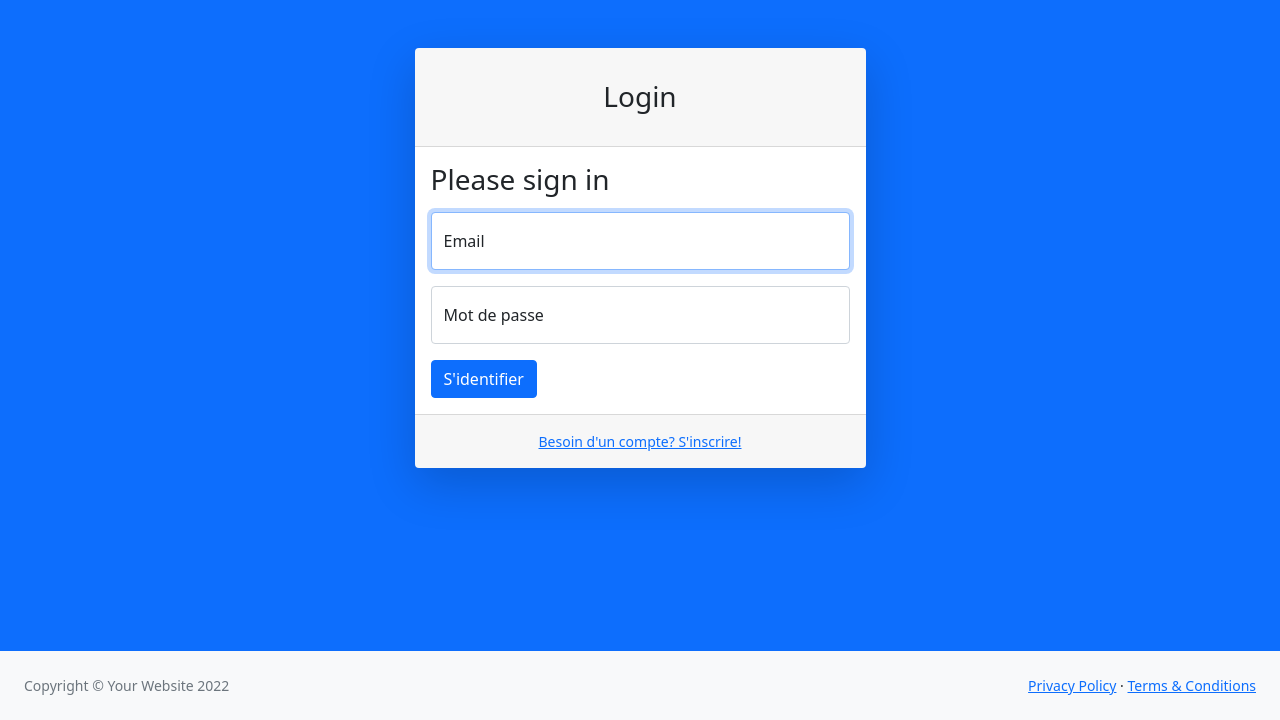
Repository: freddy1212/adulams
Page: templates/login.html.twig
The author's editor kept a copy of each file at every save. The page is drawn from the files as they stood at one save, then again after a run of saves.
The browser window is 1280 px wide. The pictures show the whole page.
Some web libraries are served in a nearby version. The page is a Twig template of a Symfony application; nobody is signed in and links lead nowhere. The template is opened directly, without the code that normally fills it, so the values that code supplies are empty.

Above is the page before, as saved 2022-08-29 18:06:36.

After the next 3 saves:
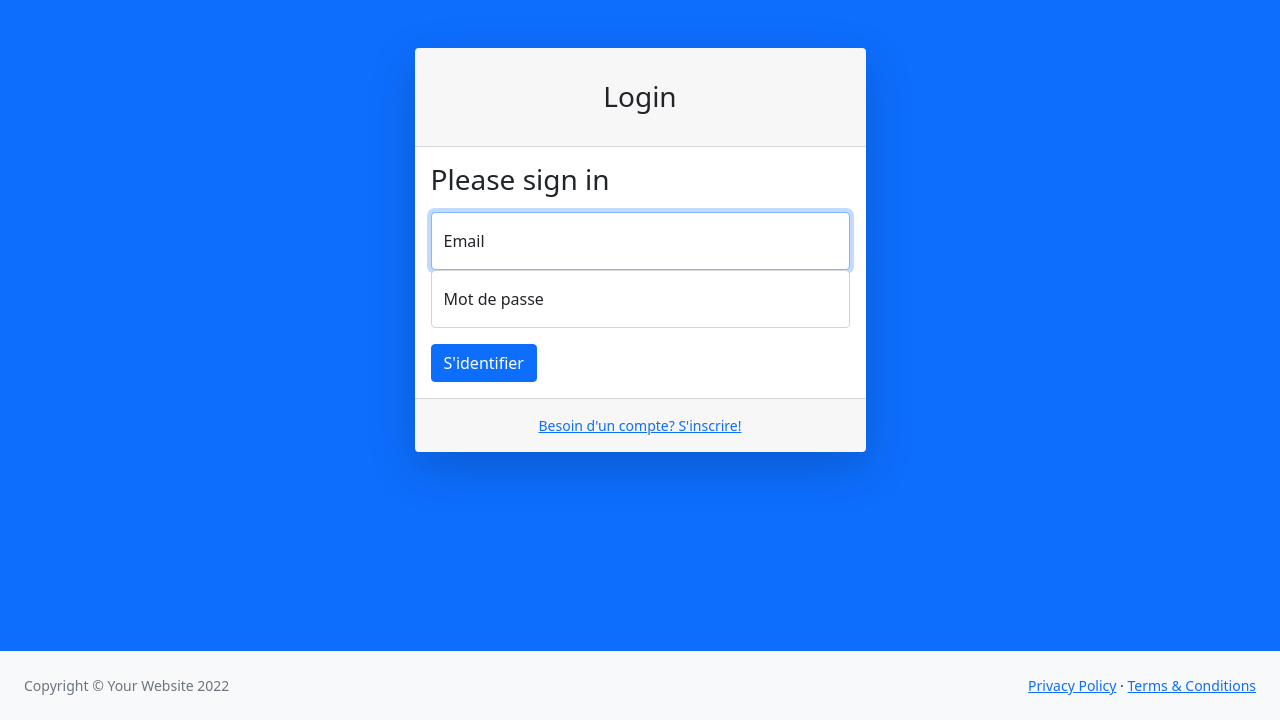
The 3 saves are shown as one change because they came seconds apart.
The last was saved 68 s later.
--- a/templates/login.html.twig
+++ b/templates/login.html.twig
@@ -37,7 +37,7 @@
                                                         Please sign in
                                                     {% endblock %}
                                                 </h1>
-                                                <div class="form-floating mb-3">
+                                                <div class="form-floating mb-6">
                                                     <label for="inputEmail">Email</label>
                                                     <input type="email" value="{{ last_username }}" name="email" id="inputEmail" class="form-control" autocomplete="email" required autofocus>
                                                 </div>
